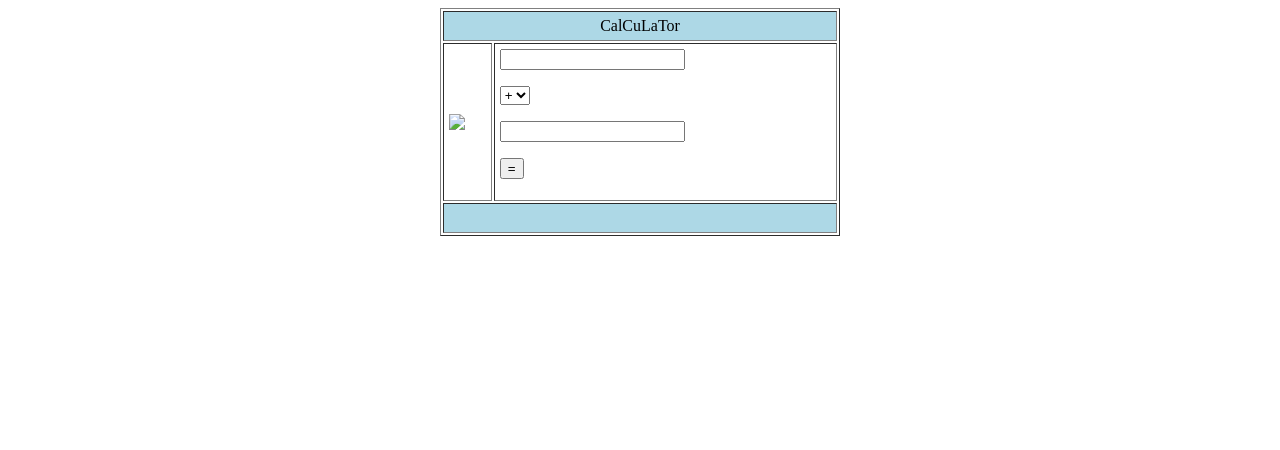
Repository: LeeHyeSu/JSP
Page: http://localhost/Practice32/calc.jsp
An editor plug-in stored every save of this project. The page is shown before and after the next save, followed by the edit.
The browser window is 1280 px wide. The pictures show the whole page.
The page is served by Tomcat 9.

Above is the page before, as saved 2017-11-24 08:25:09.
Not found: Practice32/Practice32/images/cal.jpeg

After the next save:
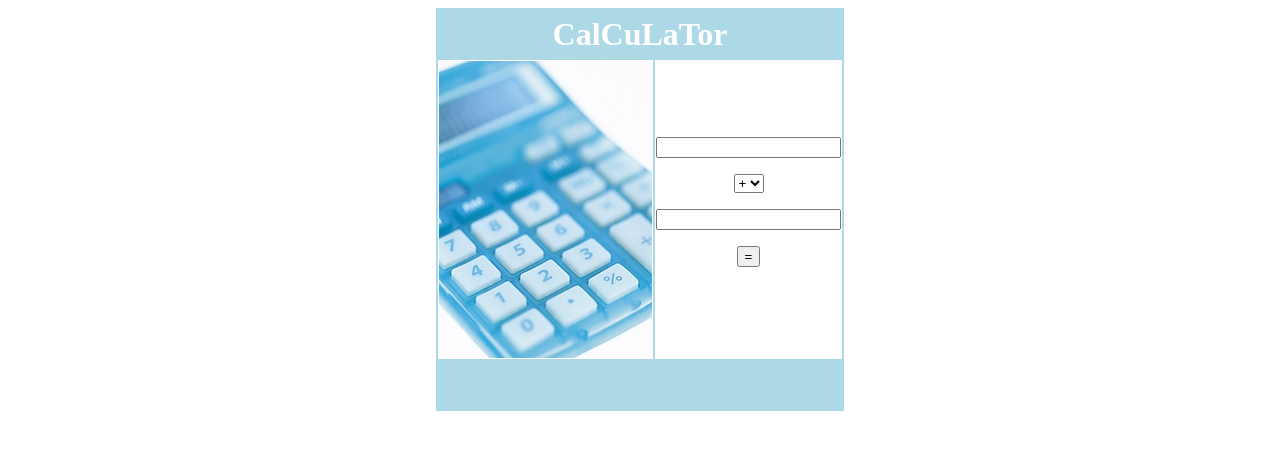
Saved 10 min 2 s later.
--- a/Practice32/WebContent/calc.jsp
+++ b/Practice32/WebContent/calc.jsp
@@ -8,26 +8,29 @@
 </head>
 <body>
 <form method="post" action="calc_result.jsp" name="form1">
-	<table width="400" border="1" align="center" cellpadding="5">
-		<tr>
-		<td colspan="2" bgcolor="lightblue" align="center">CalCuLaTor</td>
+	<table width="400" height="400" border="1"
+		bordercolor="lightblue" align="center" cellspacing="0">
+		<tr height="50">
+			<td colspan="2" bgcolor="lightblue" align="center">
+			<b><font size="6" color="white">CalCuLaTor</font></b>
+			</td>
 		</tr>
-		<tr>
-		<td><img src="images/cal.jpeg" width="250"></td>
-		<td>
-			<input type="text" name="op1"><p>
-			<select name="operator">
-				<option selected>+</option>
-				<option>-</option>
-				<option>*</option>
-				<option>/</option>
-			</select><p>
-			<input type="text" name="op2"><p>
-			<input type="submit" value="=">
-		</td>
+		<tr align="center">
+			<td><img src="images/cal.jpg"></td>
+			<td width="150px">
+				<input type="text" name="op1"><p>
+				<select name="operator">
+					<option selected>+</option>
+					<option>-</option>
+					<option>*</option>
+					<option>/</option>
+				</select><p>
+				<input type="text" name="op2"><p>
+				<input type="submit" value="=">
+			</td>
 		</tr>
-		<tr>
-		<td colspan="2" bgcolor="lightblue">&nbsp;</td>
+		<tr height="50">
+			<td colspan="2" bgcolor="lightblue">&nbsp;</td>
 		</tr>
 	</table>
 </form>
